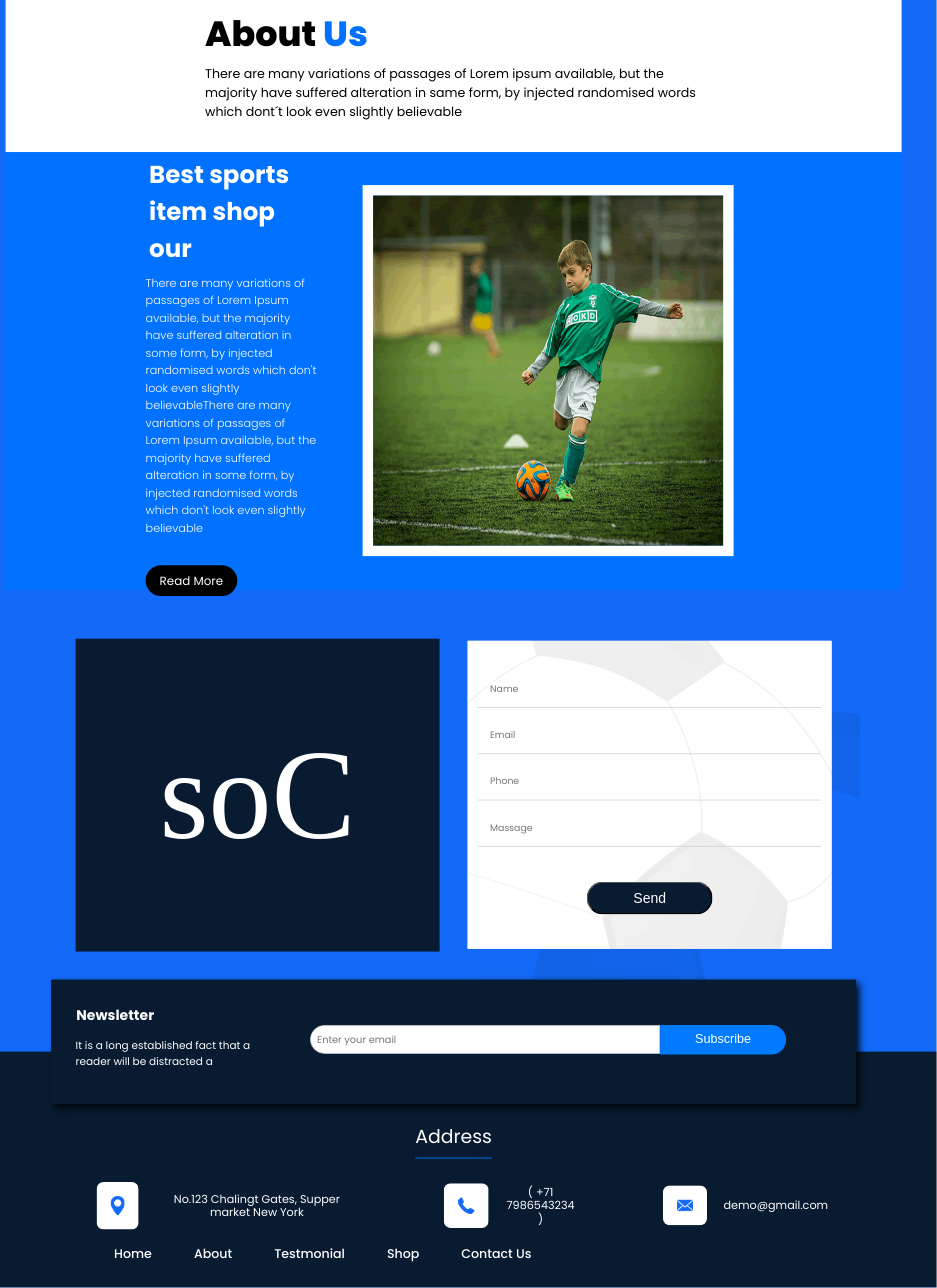
Repository: Vinicius9922/Projeto-Web
Page: index.html
The author's editor kept a copy of each file at every save. The page is drawn from the files as they stood at one save, then again after the next save.
The browser window is 1280 px wide. The page is 1338 px wide, so the pictures cover 1338 px, including what lies to the right of the window. The pictures show the part of the page from y = 1908 to 3748 px (the page is 3748 px tall), at 70% of full size.

Above is the page before, as saved 2024-12-13 19:43:37.

### index.html
<!DOCTYPE html>
<html>

<head>
    <meta charset="UTF-8">
    <meta name="viewport" content="width=device-width, initial-scale=1.0">
    <link rel="stylesheet" href="index.css">
    <link rel="preconnect" href="https://fonts.googleapis.com">
    <link rel="preconnect" href="https://fonts.gstatic.com" crossorigin>
    <link
        href="https://fonts.googleapis.com/css2?family=Lora:ital,wght@0,400..700;1,400..700&family=Poppins:ital,wght@0,100;0,200;0,300;0,400;0,500;0,600;0,700;0,800;0,900;1,100;1,200;1,300;1,400;1,500;1,600;1,700;1,800;1,900&display=swap"
        rel="stylesheet">
    <title>Index</title>
</head>

<body class="main-layout">
    <header>
        <div class="header">
            <div class="container">
                <div class="logo"><img src="img/logo.png" alt="logo"></div>
                <div class="navBar">
                    <nav>
                        <ul class="menuNav">
                            <li>HOME</li>
                            <li>ABOUT</li>
                            <li>TESTMONIAL</li>
                            <li>SHOP</li>
                            <li>CONTACT US</li>
                            <li><img id="lupa" src="img/search_icon.png"></li>
                        </ul>
                    </nav>
                </div>
            </div>
        </div>
    </header>
    <section>
        <div class="container">
            <div class="carroussel">
                <div class="textCarroussel">
                    <h1>Welcome to <strong class="color">Our Shop</strong></h1>
                    <p>There are many variations of passages of Lorem Ipsum available, but the majority have
                        suffered
                        alteration in some form, by injected humour</p>
                    <button class="botao-carrossel">Buy Now</button>
                    <button class="botao-carrossel">About</button>
                </div>
            </div>
            <div class="img-carroussel">
                <div>
                    <figure><img id="img-carroussel" src="img/boksing-gloves.png" alt="img" /></figure>
                </div>
            </div>
        </div>
    </section>

    <!-- aaaaaaaaaaaaaaa -->

    <div class="parte branca">
        <h1>Our <span>Products</span></h1>
        <p>There are many variations of passages of Lorem ipsum available, but the majority have suffered alteration in
            some form, by injected randomised words wich don't look even slightly believable</p>
    </div>

    <div class="container3">

        <div class="imagem1">
            <img src="img/basketball.png" alt="bola">
            <p>$<span class="valor">50</span></p>
            <p class="p1">Basket ball</p>
        </div>
        <div class="imagem2">
            <img src="img/t-shirt.png" alt="camiseta">
            <p>$<span class="valor">50</span></p>
            <p class="p1">T-shirt</p>
        </div>
        <div class="imagem3">
            <img src="img/game.png" alt="game">
            <p>$<span class="valor">50</span></p>
            <p class="p1">Game</p>
        </div>
        <div class="imagem4">
            <img src="img/basketball.png" alt="bola">
            <p>$<span class="valor">50</span></p>
            <p class="p1">Basket ball</p>
        </div>
        <div class="imagem5">
            <img src="img/t-shirt.png" alt="camiseta">
            <p>$<span class="valor">50</span></p>
            <p class="p1">T-shirt</p>
        </div>
        <div class="imagem6">
            <img src="img/game.png" alt="game">
            <p>$<span class="valor">50</span></p>
            <p class="p1">game</p>
        </div>

    </div>
    <div class="branca2">
        <h1> About <span>Us</span></h1>
        <p>There are many variations of passages of Lorem ipsum available, but the majority have suffered alteration in
            same form, by injected randomised words which dont´t look even slightly believable</p>
    </div>

    <div class="shield">
        <div class="texto-shield">
            <h1 class="textobranco">Best sports item shop our</h1>
            <p class="p2">There are many variations of passages of Lorem Ipsum available, but the majority have suffered
                alteration in some form, by injected randomised words which don't look even slightly believableThere are
                many variations of passages of Lorem Ipsum available, but the majority have suffered alteration in some
                form, by injected randomised words which don't look even slightly believable</p>

            <div class="btn_main">
                <a class="botao" href="#" role="button">Read More</a>
            </div>
        </div>
        <div class="child">
            <figure><img src="img/child-image.png">
            </figure>
        </div>
    </div>

    <!-- aaaaaaaaaaaaaaaaaaaa -->

    <div class="container2">
        <div class="formulario">
            <div class="box-left">
                <div class="soc">soC</div>
            </div>
            <div class="box-right">
                <form>
                    <div class="grupo-form">
                        <input type="text" class="form" placeholder="Name" name="Name">
                    </div>
                    <div class="grupo-form">
                        <input type="email" class="form" placeholder="Email" name="Email">
                    </div>
                    <div class="grupo-form">
                        <input type="text" class="form" placeholder="Phone" name="Phone">
                    </div>
                    <div class="grupo-form">
                        <input type="text" class="form" placeholder="Massage" name="mensagem">
                    </div>
                    <div class="send-button">
                        <button type="submit" class="botao-env">Send</button>
                    </div>
                </form>
            </div>
        </div>
        <div class="box-down">
            <div class="text-news">
                <h2 class="Newsletter">Newsletter</h2>
                <p class="text-newsletter">It is a long established fact that a reader will be distracted a</p>
            </div>
            <div class="email-news">
                <input type="email" class="news-email" placeholder="Enter your email" name="Email">
            </div>
            <div class="Subscribe">
                <button class="subs-button" type="Subscribe">Subscribe</button>
            </div>
        </div>



        <div class="footer">
            <div>
                <div>
                    <div>
                        <div class="titulo">
                            <h2 class="titulo_texto">Address</h2>
                        </div>
                    </div>
                </div>
            </div>
            <div class="endereco">
                <div>
                    <div class="icones">
                        <div class="site_info">
                            <div class="img-icon">
                                <span class="info_icon"><img src="img/map-icon.png" /></span>
                            </div>
                            <span>No.123 Chalingt Gates, Supper market New York</span>
                        </div>
                    </div>
                    <div class="icones">
                        <div class="site_info">
                            <div class="img-icon">
                                <span class="info_icon"><img src="img/phone-icon.png" /></span>
                            </div>
                            <span>( +71 7986543234 )</span>
                        </div>
                    </div>
                    <div class="icones">
                        <div class="site_info">
                            <div class="img-icon">
                                <span class="info_icon"><img src="img/email-icon.png" /></span>
                            </div>
                            <span>demo@gmail.com</span>
                        </div>
                    </div>
                </div>
            </div>

            <div class="menu_main">
                <div class="menu_text">
                    <ul>
                        <li >Home</li>
                        <li>About</li>
                        <li>Testmonial</li>
                        <li>Shop</li>
                        <li>Contact Us</li>
                    </ul>
                </div>
            </div>
        </div>
    </div>

</body>

</html>

### index.css
@import url('https://fonts.googleapis.com/css2?family=Lora:ital,wght@0,400..700;1,400..700&family=Poppins:ital,wght@0,100;0,200;0,300;0,400;0,500;0,600;0,700;0,800;0,900;1,100;1,200;1,300;1,400;1,500;1,600;1,700;1,800;1,900&display=swap');

body {
    width: 100%;
    font-family: Poppins, normal;
    background-color: #136af8;
    background: linear-gradient(to bottom, #136af8 91%, #081b30 9%);
}

header {
    background-color: #136af8;
    padding: 0px;
}

.container {
    display: flex;
    align-items: center;
    justify-content: space-between;
    margin: 40px 200px;
}

li:hover {
    text-decoration: underline;
    cursor: pointer;
    font-weight: bolder;
}

ul {
    color: white;
    list-style-type: none;
    display: flex;
    margin: 0;
    padding: 0;
    gap: 40px;
    font-weight: 500;
}

#lupa {
    margin-left: 20px;
}

.logo {
    margin-left: 60px;
}

section {
    background-color: #136af8;
    display: flex;
}

.textCarroussel {
    text-align: left;
    margin-left: 60px;
    padding-left: 15px;
}

.textCarroussel p,
strong {
    color: white;
}

.color {
    font-weight: bolder;
}

.textCarroussel h1 {
    font-family: Poppins;
    font-weight: bold;
    font-size: 65px;
    line-height: 74px;
    color: #081b30;
}

.textCarroussel p {
    font-size: 16px;
}

button {
    min-width: 180px;
    color: white;
    background-color: #081b30;
    padding: 10px 50px;
    border-radius: 30px;
    display: inline-block;
    font-size: 20px;
    margin-top: 40px;
    cursor: pointer;
}

button:hover {
    background-color: #032b58;
}

button+button {
    margin-left: 15px;
}

#img-carroussel {
    max-width: 110%;
    height: auto;
    display: block;
}


.parte.branca {
    background-color: white;
    text-align: center;
    padding: 40px 280px;
}

.parte.branca h1 {
    font-size: 50px;
    color: black;
    text-align: left;
    font-weight: 800;
    margin: 5px;
}

.parte.branca h1 span {
    color: #0072ff;

}

.parte.branca p {
    font-size: 18px;
    margin-top: 10px;
    text-align: left;
    font-weight: 400;
    margin: 5px;
}

/* Grade de produtos */
.container3 {
    display: grid;
    grid-template-columns: repeat(3, 1fr);
    gap: 20px;
    column-gap: 30px;
    padding-left: 250px;
    padding-right: 250px;
    padding-top: 40px;
    padding-bottom: 40px;
    background-color: #001f3f;
}


.container3 div {
    text-align: center;
    background-color: white;
    padding: 20px;
    box-shadow: 0 5px 10px rgba(0, 0, 0, 0.1);
}

.container3 img {
    width: 300px;
    height: 300px;
    margin-bottom: 10px;
}

.container3 div .valor {
    margin: 5px 0;
    font-size: 26px;
    color: #0072ff
}

.container3 div p {
    font-size: 26px;
    color: black;
    margin: 3px;
}

/* Sessão "About Us" */
.branca2 {
    background-color: white;
    text-align: left;
    padding: 40px 280px;
}

.branca2 h1 {
    font-size: 50px;
    color: black;
    text-align: left;
    font-weight: 800;
    margin: 5px;
}

.branca2 h1 span {
    color: #0072ff;
}

.branca2 p {
    font-size: 18px;
    margin-top: 10px;
    text-align: left;
    font-weight: 400;
    margin: 5px;
}

/* Sessão "Best sports item shop our" */
.shield {
    display: flex;
    justify-content: space-between;
    align-items: center;
    background-color: #0072ff;
    color: white;
    padding-left: 200px;
    padding-right: 200px;
    gap: 20px;
}

.texto-shield {
    text-align: left;
}

.shield h1 {
    font-size: 35px;
    color: rgb(255, 255, 255);
    text-align: left;
    font-weight: 700;
    margin: 5px;
}

.shield .p2 {
    font-size: 16px;
    margin-top: 10px;
    text-align: left;
    font-weight: 300;
    margin-bottom: 50px;
}

.btn_main .botao {
    text-decoration: none;
    background-color: black;
    color: white;
    padding: 10px 20px;
    border-radius: 30px;
    font-size: 17px;
    transition: 0.5s ease, color 0.4s ease 0.1s;
}

.botao:hover {
    background-color: #fbfbfb;
    color: black;
}

.child {
    margin: 0px;
}

.child img {
    height: 500px;
    width: 500px;
    display: flex;
    border: 15px solid #fff;
}




.container2 {
    display: flex;
    align-items: center;
    justify-content: space-between;
    margin: 30px 100px;
    flex-direction: column;
}

.formulario {
    flex: auto;
    display: flex;
    justify-content: space-between;
    align-items: center;
    border-radius: 10px;
    padding: 40px;
    justify-content: center;
    gap: 40px;
    background-image: url('img/contact-banner.png');
}

.grupo-form {
    width: 100%;
    padding: 15px;
    margin-bottom: 10px;
    border-bottom: 1px solid #ccc;
}

form {
    display: flex;
    flex-direction: column;
    align-items: center;
    width: 460px;
    height: 360px;
}

.form {
    border: none;
    width: 100px;
    margin: 0px;
}

.box-left {
    background-color: #081b30;
    color: white;
    text-align: center;
    font-family: apple;
    font-size: 180px;
    padding: 10% 10%;
    padding: 120px;
}

.box-right {
    height: auto;
    background-color: #f2f2f2;
    background-image: url('img/boll_bg.png');
    padding: 40px 30px;
}

.box-left,
.box-right {
    width: 50%;
}

input {
    border: none;
    outline: none;
    width: 100%;
}

input,
textarea {
    font-family: Poppins, normal;
    color: #a4a0a0;
    width: 100%;
}

.box-down {
    display: flex;
    align-items: row;
    background-color: #081b30;
    color: white;
    width: 1150px;
    box-shadow: 5px 5px 10px 0 rgba(0, 0, 0, 0.9);
}

.text-news {
    display: flex;
    flex-direction: column;
    max-width: 300px;
    padding-left: 35px;
    font-size: 12px;
    padding: 35px;
}

.Newsletter {
    margin: 1px;
    font-size: 20px;
}

.text-newsletter {
    font-size: 15px;
}

.email-news {
    display: flex;
    align-items: center;
    height: 172px;
}

.Subscribe {
    display: flex;
    align-items: center;
    height: 132px;
}

.news-email {
    padding: 9px;
    font-size: 14px;
    border: 1px solid #ccc;
    border-radius: 25px 0 0 25px;
    width: 500px;
    height: 41px;
    box-sizing: border-box;
}

.subs-button {
    font-size: 18px;
    color: white;
    background-color: #007BFF;
    border: none;
    border-radius: 0 25px 25px 0;
    cursor: pointer;
    height: 42px;

}

.subs-button:hover {
    background-color: #0056b3;
}


.footer{
    font-size: 18px;
    margin-top: 10px;
    text-align: center;
    font-weight: 400;
    margin: 5px;
}

.titulo_texto{
    color:white;
    text-decoration-line: underline;
    text-decoration-color: #0056b3;
    text-underline-offset: 20px;
    font-weight:400;
}

.endereco > div {
    display: flex;
    gap: 100px;
    align-items: center;
}

.icones {
    display: flex;
    align-items: center;
    gap: 10px;
    color:white;
}

.info_icon img {
    width: auto;
    height: auto;
    background-color:white;
    border-radius: 10px;
    padding: 20px;
    display: block;
}

.site_info {
    display: flex;
    align-items: center;
}

.site_info span {
    line-height: 1.2;
    font-size: 16px;

}
.img-icon {
    display: flex;
    align-items: center;
    justify-content: center;
    width: 50px;
    height: 50px;
    background-color: white;
    border-radius: 10px;
    margin:30px;
}

.menu_text ul{
    gap:60px;
    text-align: center;
    padding:0px 50px 0px 50px;

}

After the next save:
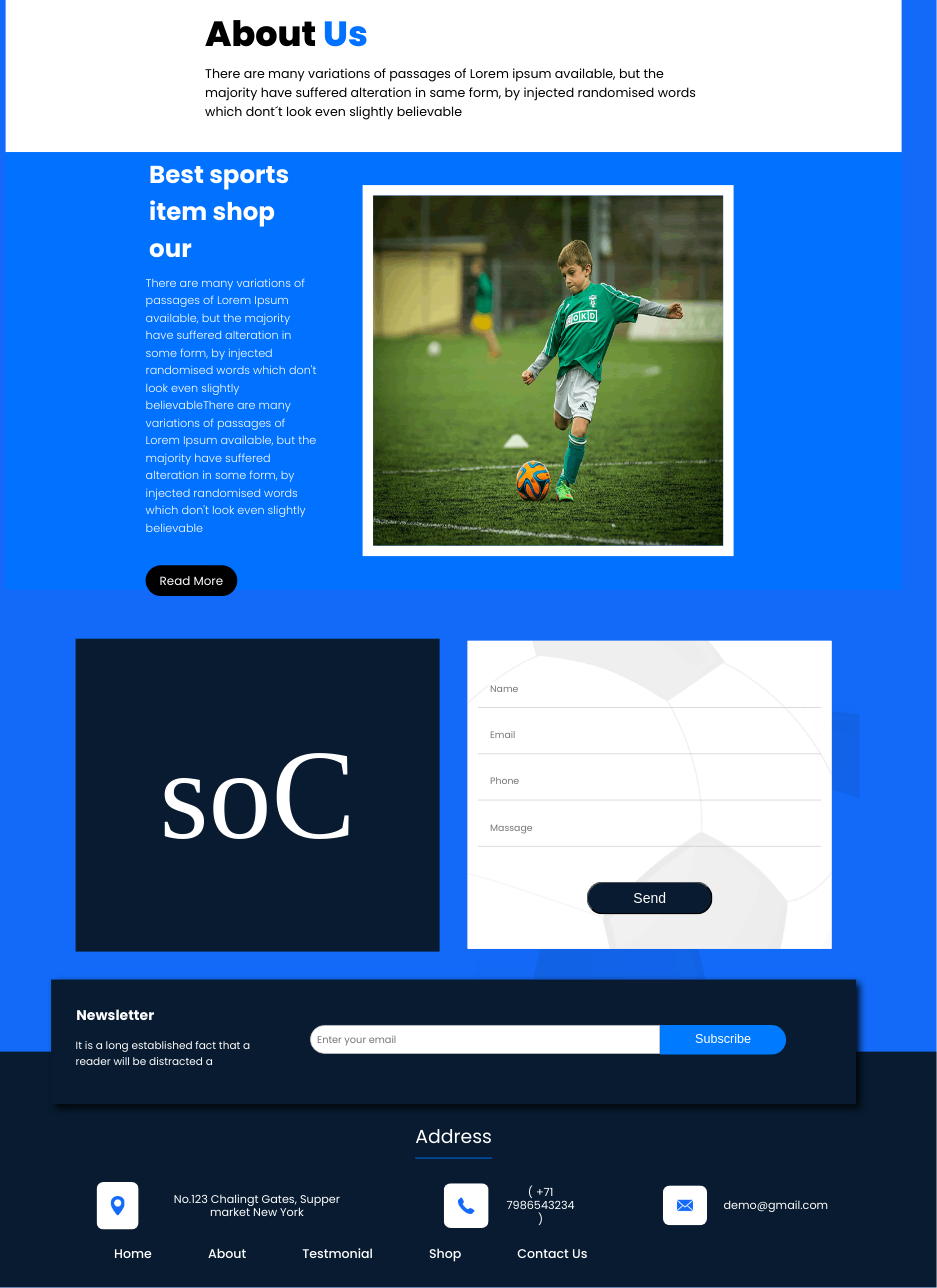
Saved 7 s later.
--- a/index.css
+++ b/index.css
@@ -457,7 +457,7 @@
 }
 
 .menu_text ul{
-    gap:60px;
+    gap:80px;
     text-align: center;
     padding:0px 50px 0px 50px;
 
